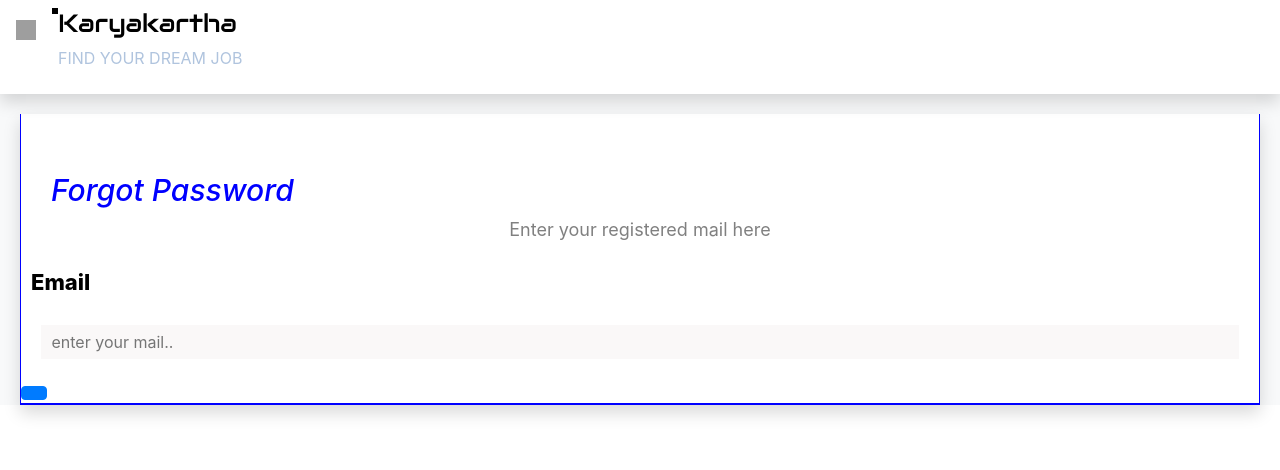
Repository: siri548/Karyakartha
Page: forgotPage.html
These files come from the project's save history. The page is drawn as it stood at one moment and after the next save; the edit follows.
The browser window is 1280 px wide. The pictures show the whole page.
Pictures or frames that could not be fetched are drawn as grey boxes.

Above is the page before, as saved 2023-11-04 17:50:32.
Console error (its wording comes from the project's code and is left out).

### forgotPage.html
<!DOCTYPE html>
<html lang="en">

<head>
    <meta charset="UTF-8">
    <meta name="viewport" content="width=device-width, initial-scale=1.0">
    <link rel="stylesheet" href="https://cdn.jsdelivr.net/npm/bootstrap@4.6.2/dist/css/bootstrap.min.css">
    <link rel="stylesheet" href="https://cdnjs.cloudflare.com/ajax/libs/font-awesome/6.4.0/css/all.min.css">

    <script src="https://cdn.jsdelivr.net/npm/bootstrap@4.6.2/dist/js/bootstrap.bundle.min.js" integrity="sha384-Fy6S3B9q64WdZWQUiU+q4/2Lc9npb8tCaSX9FK7E8HnRr0Jz8D6OP9dO5Vg3Q9ct" crossorigin="anonymous"></script>
    <script src="https://cdn.jsdelivr.net/npm/jquery@3.5.1/dist/jquery.slim.min.js" integrity="sha384-DfXdz2htPH0lsSSs5nCTpuj/zy4C+OGpamoFVy38MVBnE+IbbVYUew+OrCXaRkfj" crossorigin="anonymous"></script>
    <script src="https://cdn.jsdelivr.net/npm/popper.js@1.16.1/dist/umd/popper.min.js" integrity="sha384-9/reFTGAW83EW2RDu2S0VKaIzap3H66lZH81PoYlFhbGU+6BZp6G7niu735Sk7lN" crossorigin="anonymous"></script>

    <link rel="stylesheet" href="https://fonts.googleapis.com/css?family=Audiowide">

    <link rel="stylesheet" text="css/text" href="forgotPage.css">
</head>

<body>
    <div class="bg-forgotPage bg-light">
        <nav class="navbar navbar-expand-lg navbar-light bg-white shadow">
            <div class="d-flex flex-row justify-content-between">
                <div>
                    <a class=" navbar-brand " href="# ">
                        <i class="outer-icon bi bi-search ">
                      <img src = "D:\icons\trend.png " class = "inner-icon " />
                            </i>
                    </a>
                </div>
                <div class="forgotPage-verticlelineBrandname">
                </div>
                <div>
                    <h1 class="karykartaname">Karyakartha </h1>
                    <p class="karyakartha-tagline">FIND YOUR DREAM JOB</p>
                </div>
            </div> <button class=" navbar-toggler " type="button " data-toggle="collapse " data-target="#navbarNavAltMarkup " aria-controls="navbarNavAltMarkup " aria-expanded="false " aria-label="Toggle navigation ">
                    <span class="navbar-toggler-icon "></span>
                    </button>
            <div class="collapse navbar-collapse " id="navbarNavAltMarkup ">
                <div class="navbar-nav ml-auto ">
                    <a class="nav-link active " href="# ">
                        <span class="sr-only "></span>
                    </a>
                    <a class="nav-link " href="# "></a>
                    <a class="nav-link " href="# "></a>
                    <a class="nav-link " href="# "></a>
                </div>
            </div>
        </nav>
        <div class="forgotPage-card shadow">
            <div class="text-right ">

                <i class="forgotPage-closeIcon bi bi-x"></i>
            </div>

            <h1 class="forgotHeading ">Forgot Password</h1>
            <div class="text-center">
                <p class="forgotPage-para">Enter your registered mail here</p>
            </div>
            <div>
                <h1 class="forgotPage-emailHeading ">Email</h1>
            </div>
            <div class="forgotPage-inputContainer">
                <input type="text " placeholder=" enter your mail.." class="forgotPage-input">
                <div class="text-right "><i class="forgotPage-envelopeIcon bi bi-envelope-fill"></i>
                </div>
            </div>
            <button class="btn btn-primary"></button> </body>

</html>

### forgotPage.css
.bg-forgotpage {
    background-color: lightgrey;
}

.outer-icon {
    color: blue;
    width: 20px;
    height: 20px;
    background-size: cover;
}

.inner-icon {
    color: blue;
    font-size: 20px;
    width: 20px;
    height: 20px;
}

.forgotPage-verticlelineBrandname {
    width: 1px;
    height: 100%;
    background-color: black;
    padding: 3px;
}

.karykartaname {
    font-size: 25px;
    color: black;
    font-family: "Audiowide", sans-serif;
}

.forgotPage-card {
    background-color: white;
    border-color: blue;
    border-top: 0px;
    border-right: 1px solid blue;
    border-left: 1px solid blue;
    border-bottom: 2px solid blue;
    margin: 20px;
}

.forgotPage-closeIcon {
    color: black;
    font-size: 25px;
    padding-right: 10px;
}

.forgotHeading {
    color: blue;
    font-size: 30px;
    padding-left: 30px;
    padding-top: 20px;
    font-style: italic;
}

.karyakartha-tagline {
    color: lightsteelblue;
    font-size: 16px;
}

.forgotPage-para {
    color: grey;
    font-size: 18px;
}

.forgotPage-emailHeading {
    color: black;
    font-weight: 800;
    font-size: 22px;
    padding: 10px;
}

.forgotPage-envelopeIcon {
    color: rgb(29, 20, 20);
    font-size: 18px;
}

.forgotPage-inputContainer {
    background-color: rgb(250, 248, 248);
    padding: 4px;
    margin: 20px;
}

.forgotPage-input {
    background-color: rgb(250, 248, 248);
    border-width: 0px;
}

After the next save:
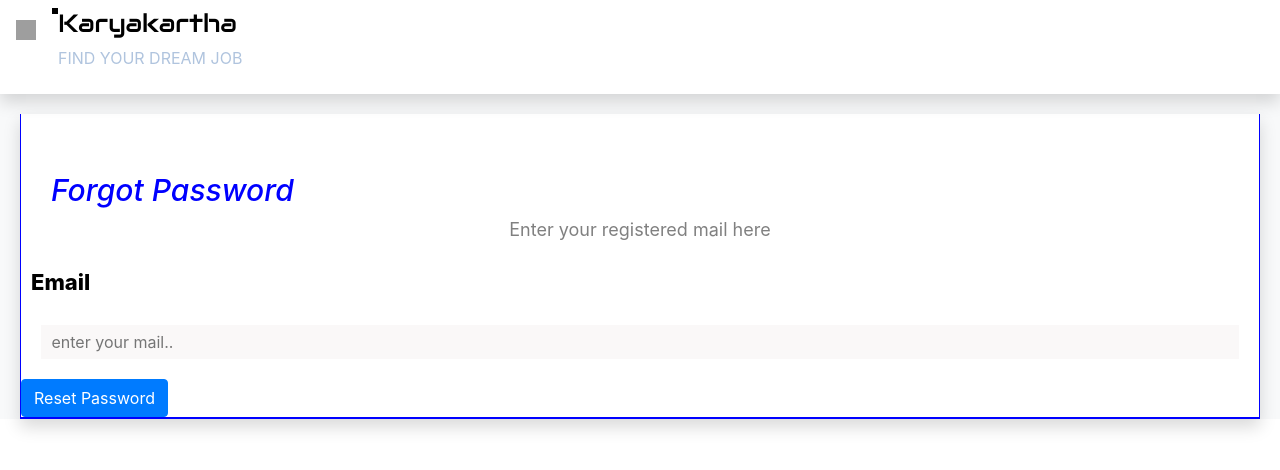
Saved 15 s later.
--- a/forgotPage.html
+++ b/forgotPage.html
@@ -65,6 +65,6 @@
                 <div class="text-right "><i class="forgotPage-envelopeIcon bi bi-envelope-fill"></i>
                 </div>
             </div>
-            <button class="btn btn-primary"></button> </body>
+            <button class="btn btn-primary">Reset Password</button> </body>
 
 </html>
